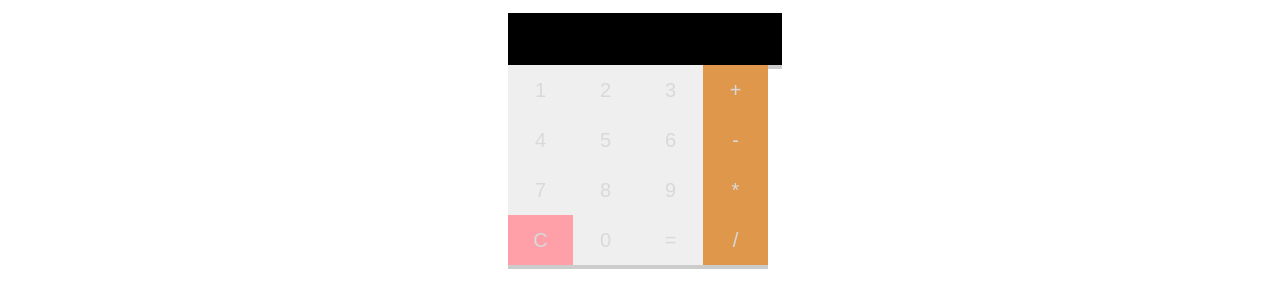
Repository: Drumstrum88/LAB-calculator
Page: index.html
These files come from the project's save history. The page is drawn as it stood at one moment and after a run of saves; the edit follows.
The browser window is 1280 px wide. The pictures show the whole page.

Above is the page before, as saved 2023-04-15 21:05:19.

After the next 2 saves:
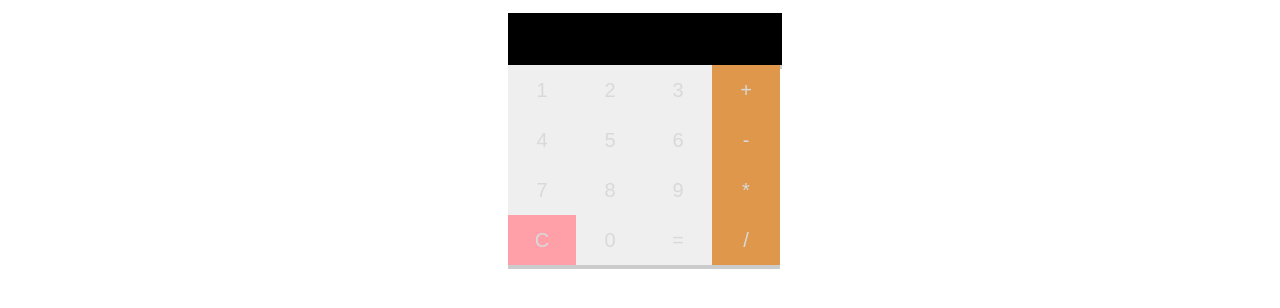
The 2 saves are shown as one change because they came seconds apart.
The last was saved 7 s later.
--- a/main.css
+++ b/main.css
@@ -35,7 +35,7 @@ input{
   border: 0;
   color:#d8d9db ;
   background-color: 4px;
-  width: 65px;
+  width: 68px;
   height: 50px;
   float: left;
   /*margin: 5px;*/
